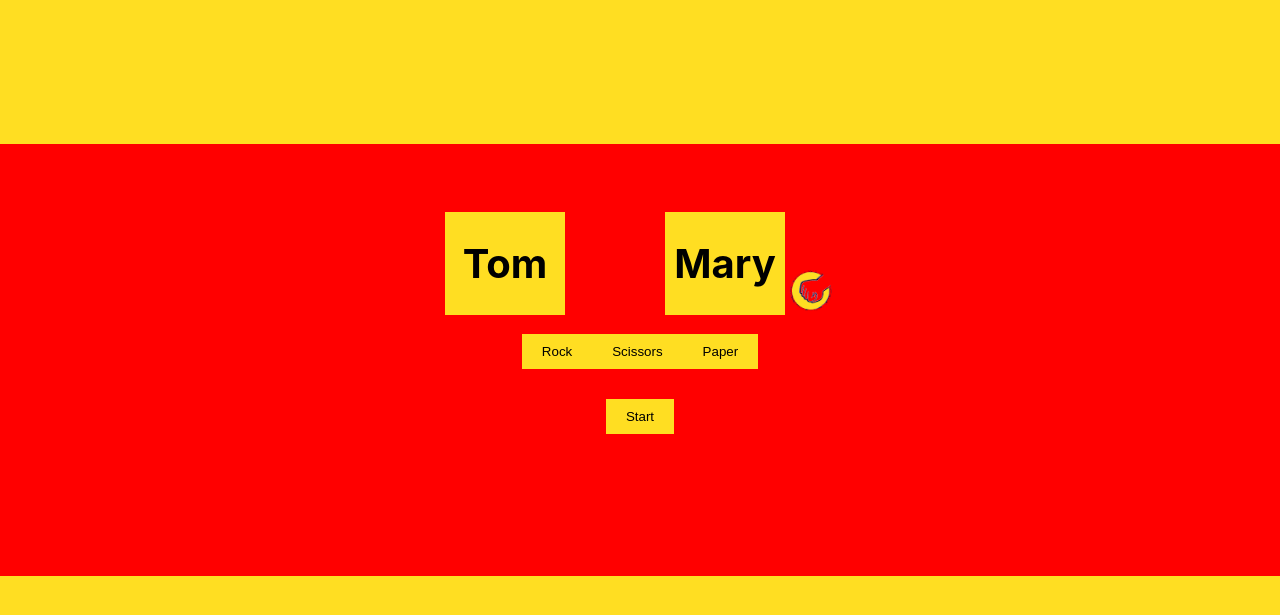
Repository: K009/Rock-Paper-Scissors
Page: /
An editor plug-in stored every save of this project. The page is shown before and after the next save, followed by the edit.
The browser window is 1280 px wide. The pictures show the whole page.
The project was rebuilt for these pictures with package versions that can differ from the ones it lists, and the page was loaded fresh each time.

Above is the page before, as saved 2020-05-13 10:25:54.

After the next save:
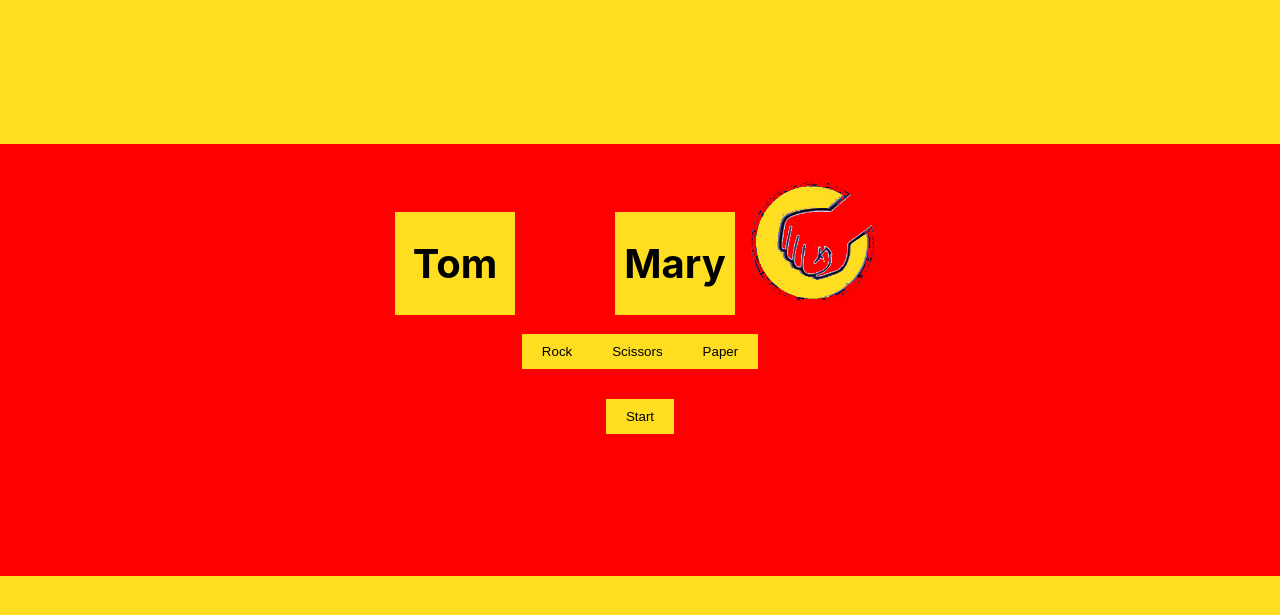
Saved 116 s later.
--- a/src/App.css
+++ b/src/App.css
@@ -26,7 +26,7 @@
 }
 
 .weaponimg {
-  width: 50px;
+  width: 150px;
 }
 
 .weapon {
